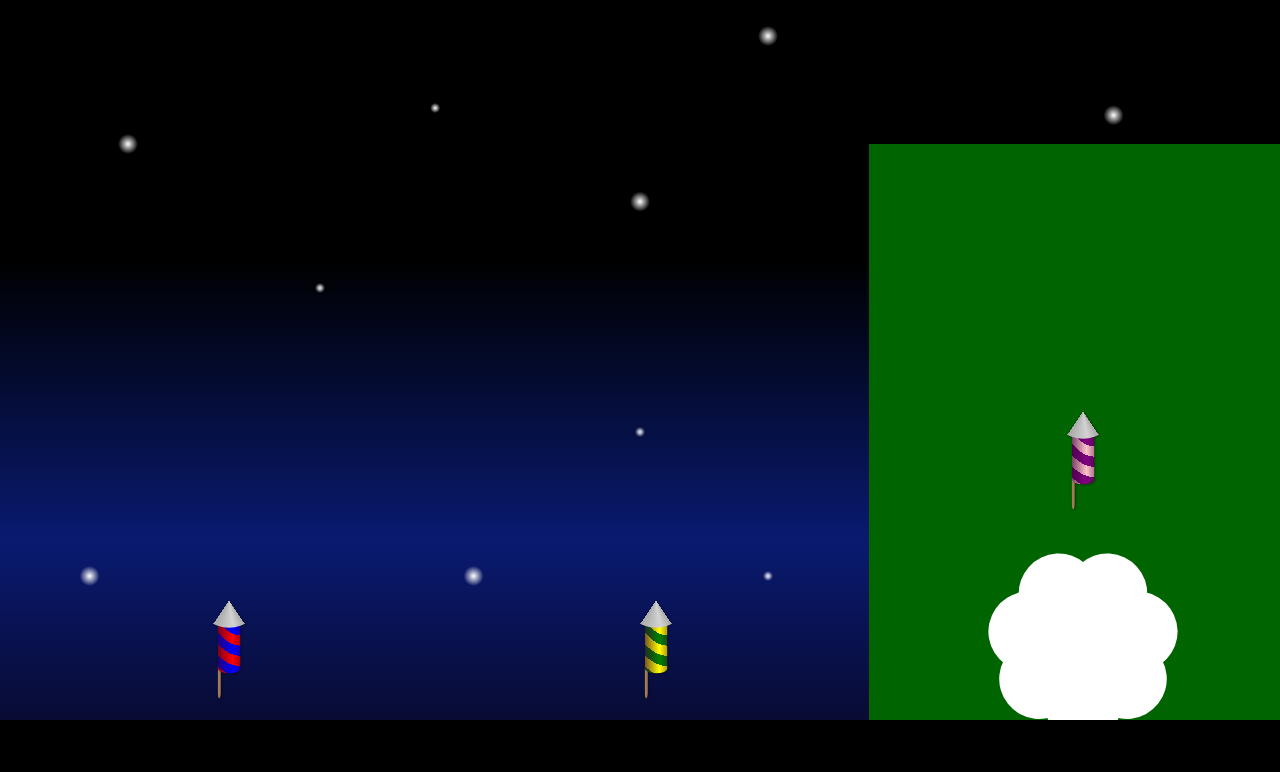
Repository: juliandecloe/CSS-To-The-Rescue---Julian-de-Cloe
Page: index.html
An editor plug-in stored every save of this project. The page is shown before and after the next save, followed by the edit.
The browser window is 1280 px wide. The pictures show the whole page.

Above is the page before, as saved 2022-03-10 17:33:00.

After the next save:
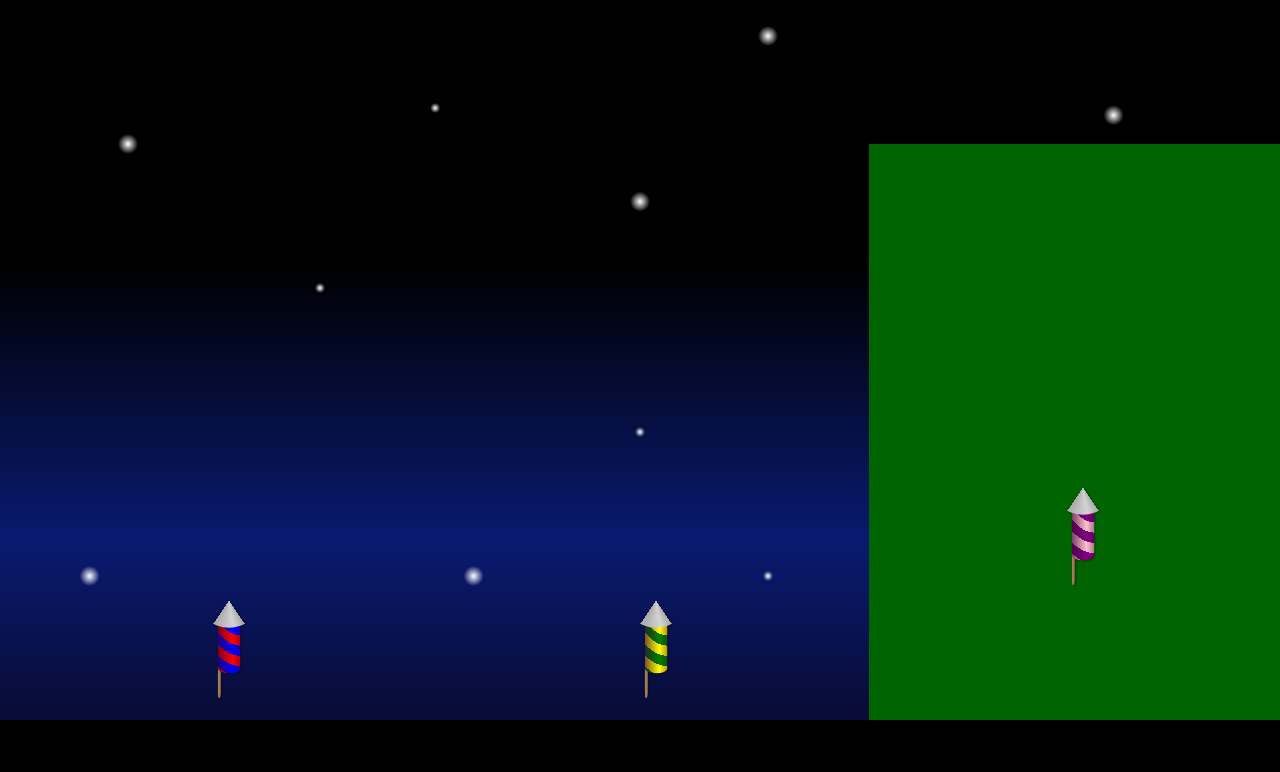
Saved 16 s later.
--- a/index.html
+++ b/index.html
@@ -251,17 +251,15 @@
 					<figure></figure>
 					<figure></figure>
 				</label>
-				<article>
-					<ul>
-						<li></li>
-						<li></li>
-						<li></li>
-						<li></li>
-						<li></li>
-						<li></li>
-						<li></li>
-					</ul>
-				</article>
+				<ul>
+					<li></li>
+					<li></li>
+					<li></li>
+					<li></li>
+					<li></li>
+					<li></li>
+					<li></li>
+				</ul>
 			</section>
 		</main>
 	</body>
